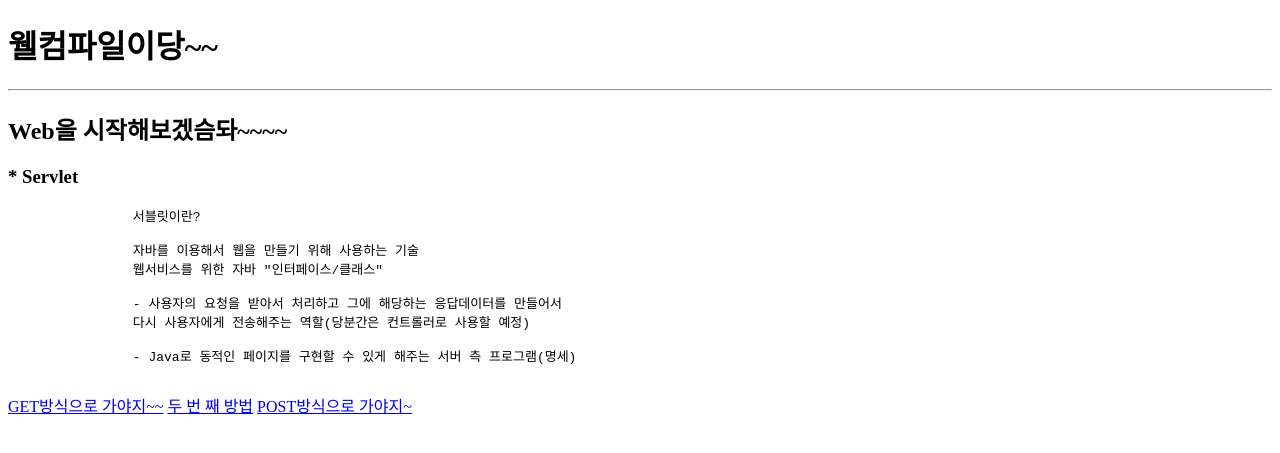
Repository: rlaehqkf/java_practice
Page: MyFirstWebProject/src/main/webapp/WEB-INF/index.html
These files come from the project's save history. The page is drawn as it stood at one moment and after the next save; the edit follows.
The browser window is 1280 px wide. The pictures show the whole page.

Above is the page before, as saved 2026-05-06 00:26:37.

### MyFirstWebProject/src/main/webapp/WEB-INF/index.html
<!DOCTYPE html>
<html>
<head>
<meta charset="UTF-8">
<title> HTML이다 </title>
</head>
<body>
	<h1>웰컴파일이당~~</h1>
	<!--
		1) 새 워크스페이스 생성 후 이클립스로 열기

		2) 작업 환경 구성

			2_1) 보여질 화면요소 구성

			2_2) 서버 실행환경 구성[Window - Preferences] (Server - Runtime Environments)
			이클립스 상에서 서버를 실행할 수 있도록 실행환경을 연동하는 과정
			Add 버튼 클릭 -> 설치한 ApacheTomcat과 동일한 버전을 선택 - > Next버튼 누르기
			-> Browse버튼 클릭 - > 설치한 톰캣 폴더까지 이동(bin폴더가 보여야함) -> Finish버튼 클릭

		3) 서버 생성하기[Servers]

			3_1) [Server] - [New] - [Server]

			3_2) 2_2번 작업을 하고 왔다면 기본적으로 Runtime이 잡혀있음

			3_3) Finish버튼 클릭

			3_4) 서버 세팅하기(만들어진 서버를 더블 클릭)

				3_4_1) 왼쪽 하단에 ServerOptions탭이 있음 -> Serve Module Publishing 체크박스를 체크
				=> 체크를 안하면 file upload / download 경로 지정이 운영체제 상 숨김폴더로 지정

				3_4_2) 포트번호 충돌을 방지하기 위해서 포트번호 재설정 -> 작업이 끝나면 반드시 저장

		4) Dynamic Web Project만들기 [Project Explorer - new]

			4_1) 프로젝트명 작성하기 - Next버튼 클릭

			4_2) default output folder 경로 재설정 :
				src/main/webapp/WEB-INF/classes
			=> classes 폴더 안에 컴파일이 끝난 .class파일이 들어감
			WEB-INF안에 만들어두지 않으면 외부에서 접근이 가능하기 때문에 보안상 취약하다
			- Next버튼 클릭

			4_3) Context root : 애플리케이션만의 고유한 별칭으로 만들어줌(기본값 : 프로젝트 명)
			재정의 해서 쓰는것이 일반적임 실제로 매우 자주 바뀜
			=> 하나의 서버로 여러 개의 애플리케이션을 구동할 수 있음
			고유한 이름을 통해 애플리케이션에 요청을 보내는 경로로 사용할 수 있음

			content Directory : 실제 배포되는 폴더(서버에 올라가는 폴더)의 최상위 폴더명
			=> 건들지 않음

			Generate web.xml deployment descriptor : 기본적으로 체크 X
			=> 현재 애플리케이션의 정보를 담는 파일 => 나는 죽었다 깨어나도 바꿀 일 없다 => 안만들어도 무방

			Finish 버튼 클릭

	 -->

	<hr>

	<h2>Web을 시작해보겠슴돠~~~~</h2>

	<h3>* Servlet</h3>

	<pre>
		서블릿이란?

		자바를 이용해서 웹을 만들기 위해 사용하는 기술
		웹서비스를 위한 자바 "인터페이스/클래스"

		- 사용자의 요청을 받아서 처리하고 그에 해당하는 응답데이터를 만들어서
		다시 사용자에게 전송해주는 역할(당분간은 컨트롤러로 사용할 예정)

		- Java로 동적인 페이지를 구현할 수 있게 해주는 서버 측 프로그램(명세)
	</pre>

	<a href="http://localhost:8088/first/views/request_get.html">GET방식으로 가야지~~</a>
	<a href="views/request_get.html">두 번 째 방법</a>

	<a href="http://localhost:8088/first/views/request_post.html"> POST방식으로 가야지~</a>

	<!--
		오늘 수업시간에 활용했던 request_get.html파일을 참고해서
		새롭게 html 및 a태그를 만들고
		사용자에게 form태그와 input요소를 이용해서 값을 10개(다양한 형태의) 입력 받은 후
		서블릿을 새로 만들고 콘솔창에 요청 시 전달값을 출력해보기
	 -->


	<!--   <a href="views/request_get.html"> -->






















</body>
</html>

After the next save:
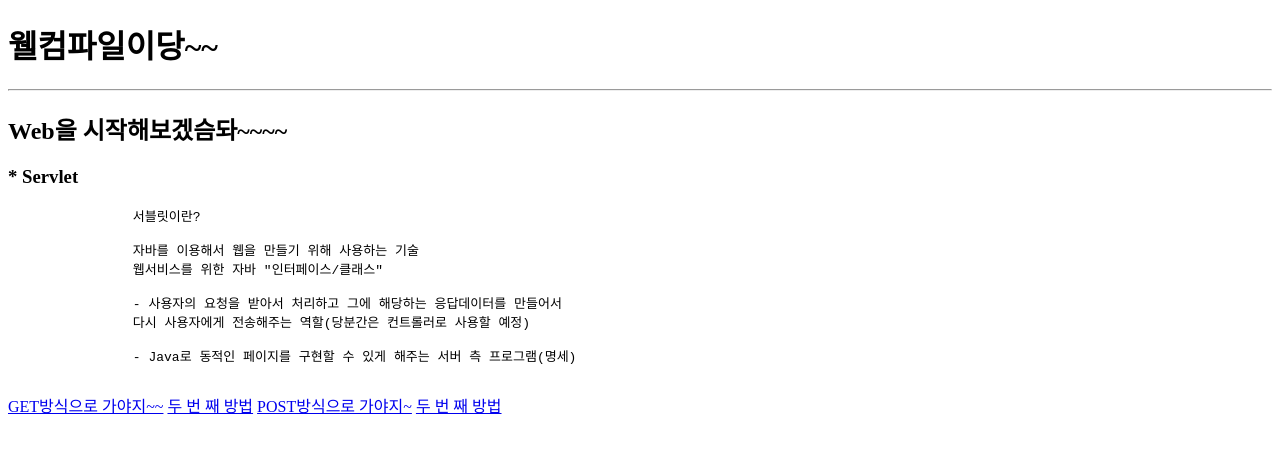
Saved 17 min 51 s later.
--- a/MyFirstWebProject/src/main/webapp/WEB-INF/index.html
+++ b/MyFirstWebProject/src/main/webapp/WEB-INF/index.html
@@ -80,6 +80,7 @@
 	<a href="views/request_get.html">두 번 째 방법</a>
 
 	<a href="http://localhost:8088/first/views/request_post.html"> POST방식으로 가야지~</a>
+	<a href="views/request_post.html">두 번 째 방법</a>
 
 	<!--
 		오늘 수업시간에 활용했던 request_get.html파일을 참고해서
